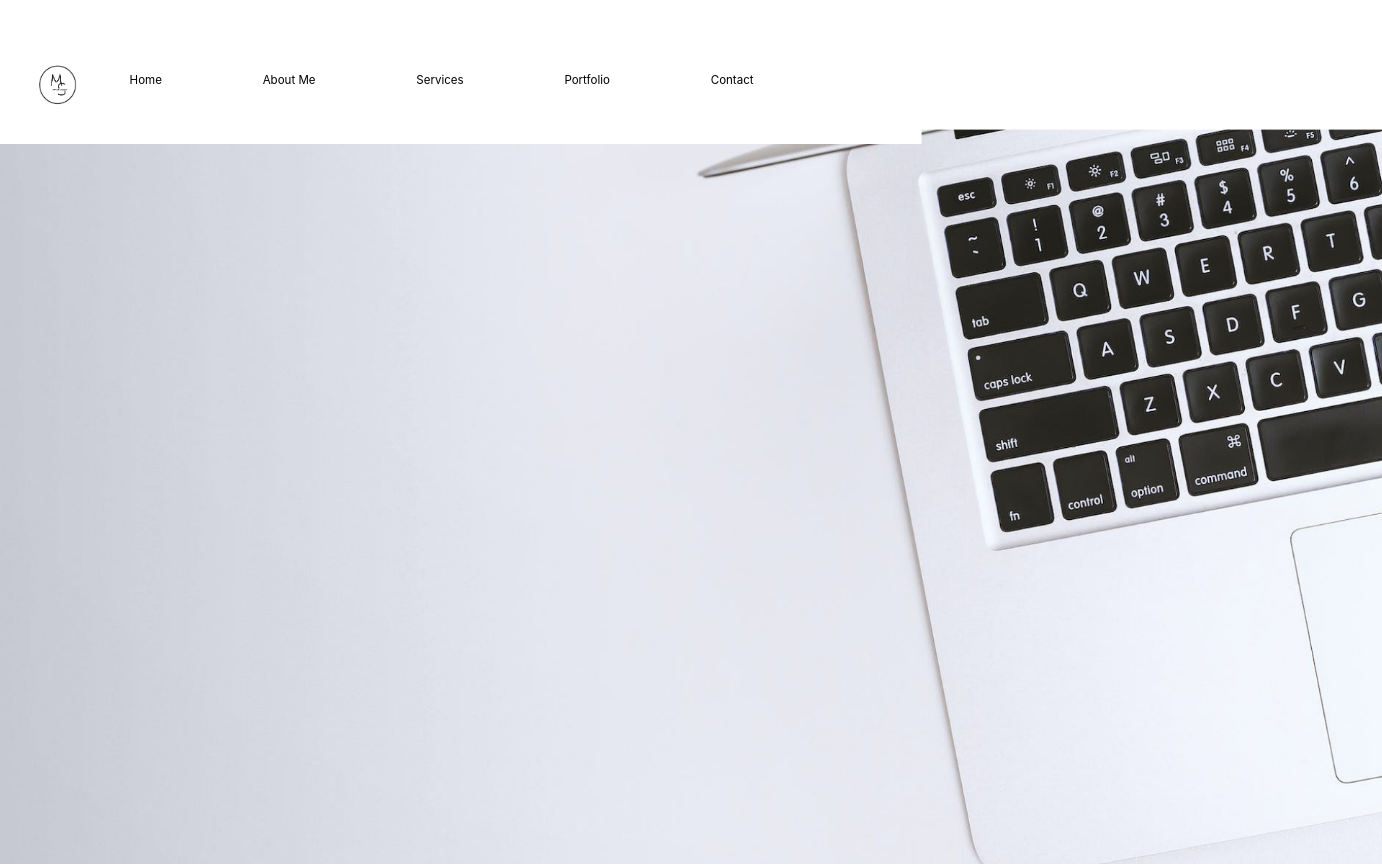
Repository: MEROO1010/Portfolio-2
Page: /
These files come from the project's save history. The page is drawn as it stood at one moment and after a run of saves; the edit follows.
The browser window is 1280 px wide. The page is 1920 px wide, so the pictures cover 1920 px, including what lies to the right of the window. The pictures show the whole page, at 72% of full size.
The project was rebuilt for these pictures with package versions that can differ from the ones it lists, and the page was loaded fresh each time.

Above is the page before, as saved 2023-12-16 10:56:36.

### src/App.js
import './App.css';
import Home from './components/Home';
import Navbar from './components/Navbar';

function App() {
  return (
    <div className="App">
     <Navbar/>
     <Home/>
    </div>
  );
}

export default App;

### src/components/Home.js
import React from 'react'
import HomeImage from "../images/header background.png";
import styled from "styled-components"


const Home = () => {
  return (
    <Container>
        <img src={HomeImage}alt=""/>
    </Container>
  )
}

const Container = styled.div`
 width: 100%;
`

export default Home

### src/components/Navbar.js
import React from 'react'
import styled from "styled-components"
import MYLOGO from "../images/white logo.png";

const Navbar = () => {
  return (
    <Container>
       <ul>
          <li>Home</li>
          <li>About Me</li>
          <li>Services</li>
          <li>Portfolio</li>
          <li>Contact</li>
       </ul>

       <Logo>
       <img src={MYLOGO}alt=""/>
       </Logo>
    </Container>
  )
}


const Container = styled.div `
  padding-top:40px;
  background-color:white;
  position:relative;
  top:60px;



  ul{
   list-style-type: none;
  margin: 0;
  padding: 10;
  top: 20px;
  overflow: hidden;
  }

  li {
    position:sticky;
    justifyContent: flex-end;
    display: flex;
    right:100px;
  float: left;
  padding-left: 20px;
  margin-left:120px;


}
li a {
  display: block;
  color: white;
  text-align: center;
  padding: 16px;
  text-decoration: none;
}

li a:hover {
  background-color: #111111;
}
`

const Logo = styled.div `
position:relative;
bottom:40px;
padding-bottom:80px;
 img{
 width:80px;
 height:80px;
 float: left;
 margin-left:40px;
 padding-bottom:40px;
 justifyContent: flex-end;

 }
`

export default Navbar

Loaded but not shown: public/index.html (common file); src/index.js (common file); src/index.css (common file); src/reportWebVitals.js (common file); src/App.css (common file)

After the next 2 saves:
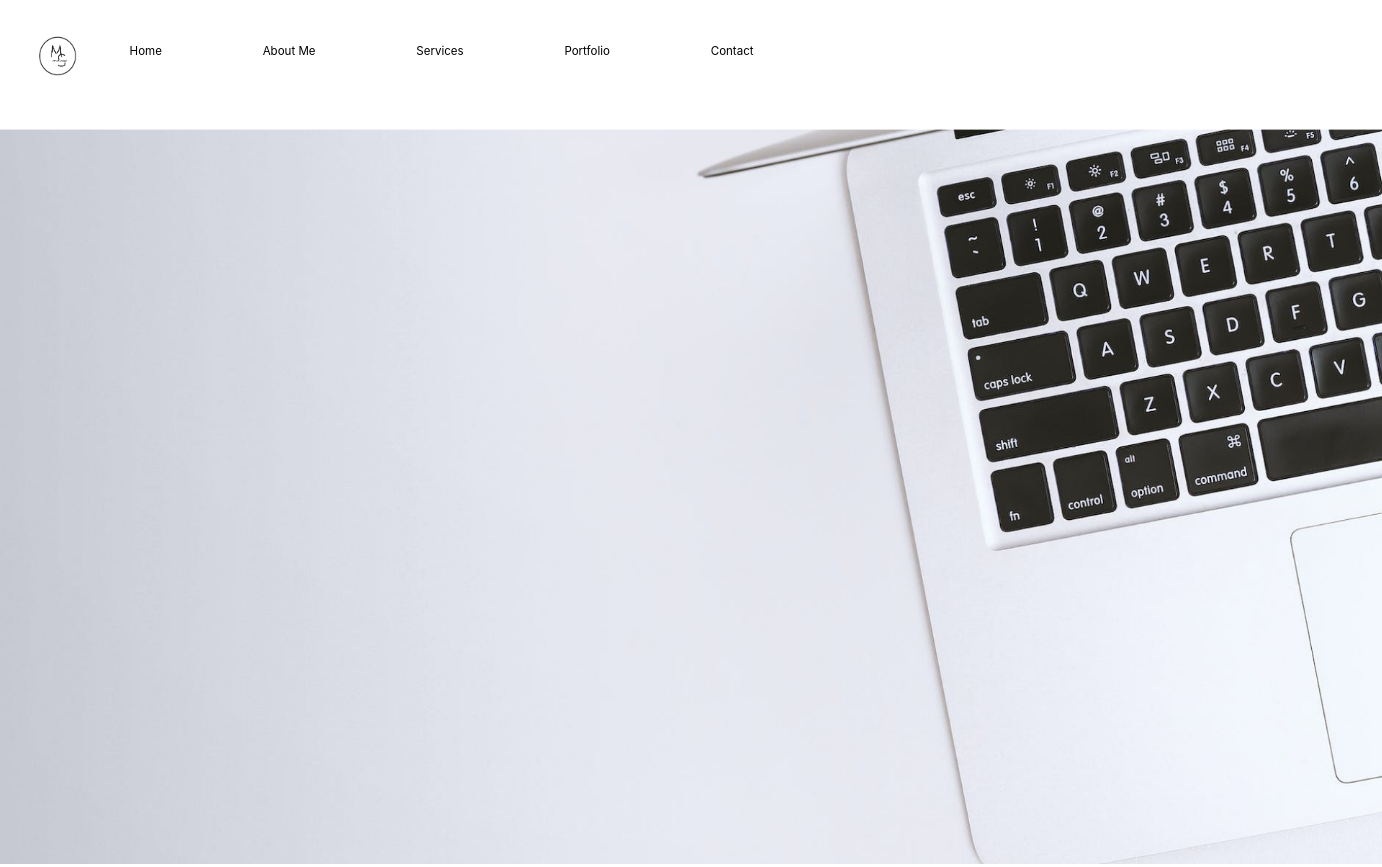
The 2 saves are shown as one change because they came seconds apart.
The last was saved 7 s later.
--- a/src/components/Navbar.js
+++ b/src/components/Navbar.js
@@ -25,7 +25,7 @@ const Container = styled.div `
   padding-top:40px;
   background-color:white;
   position:relative;
-  top:60px;
+  top:20px;
 
 
 
